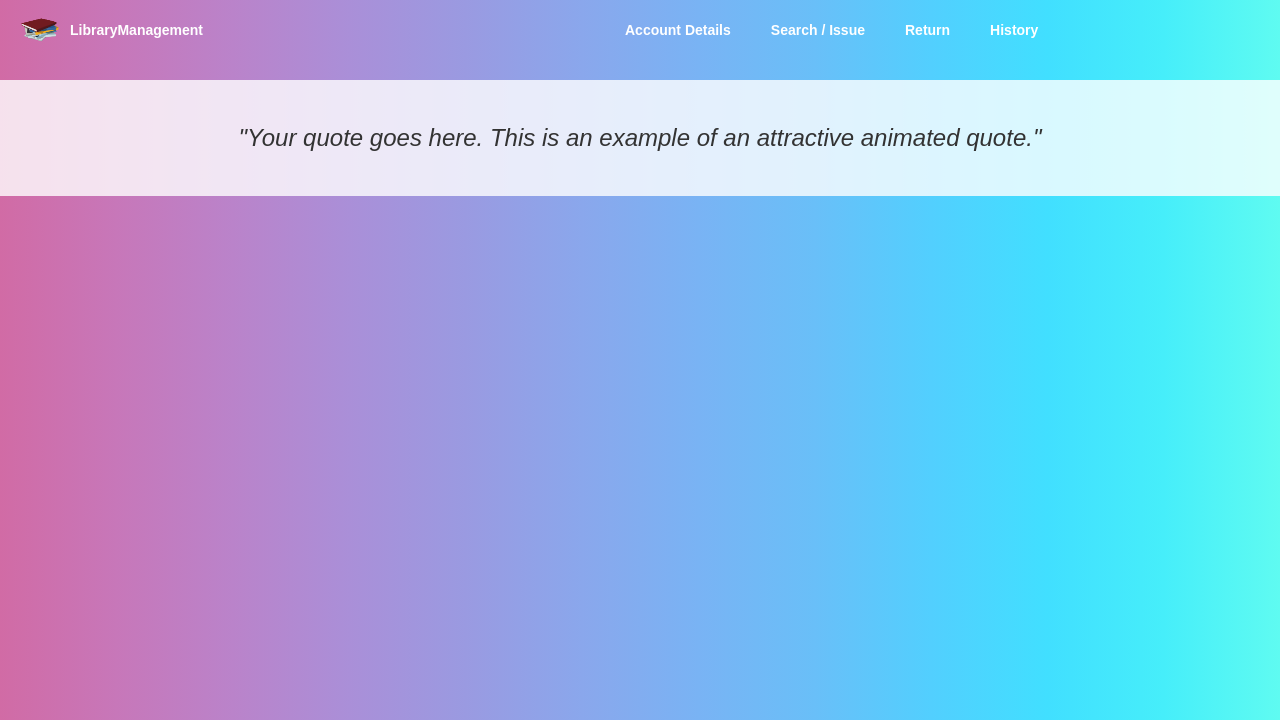
Repository: amitSai12/CMS
Page: http://localhost/LibraryManagementDemo/Menu2.jsp
An editor plug-in stored every save of this project. The page is shown before and after the next save, followed by the edit.
The browser window is 1280 px wide. The pictures show the whole page.
The page is served by Tomcat 9.

Above is the page before, as saved 2023-10-03 17:59:33.

After the next save:
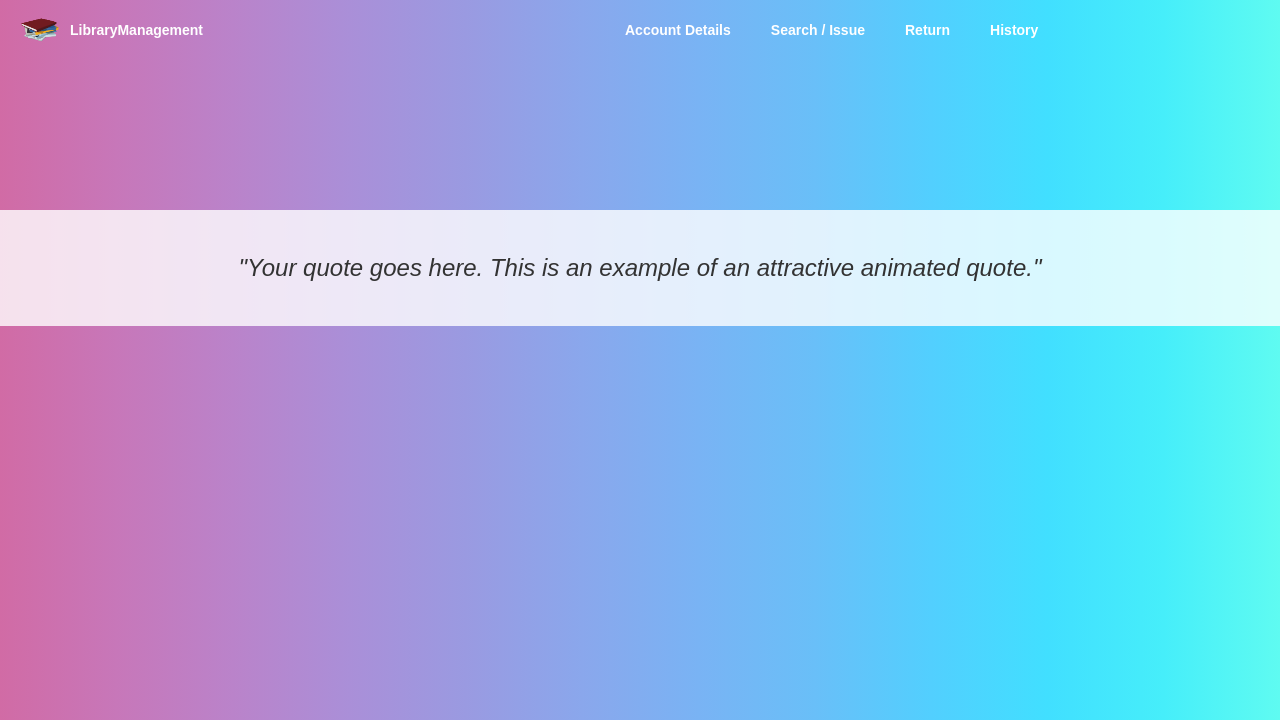
Saved 106 s later.
--- a/Day1_Thu/LibraryManagementDemo/src/main/webapp/menu2.css
+++ b/Day1_Thu/LibraryManagementDemo/src/main/webapp/menu2.css
@@ -78,6 +78,7 @@ body.loaded::before {
 }
 
 .quote-container {
+	margin-top: 150px;
     background-color: rgba(255, 255, 255, 0.8); /* Semi-transparent white background */
     padding: 20px;
 
